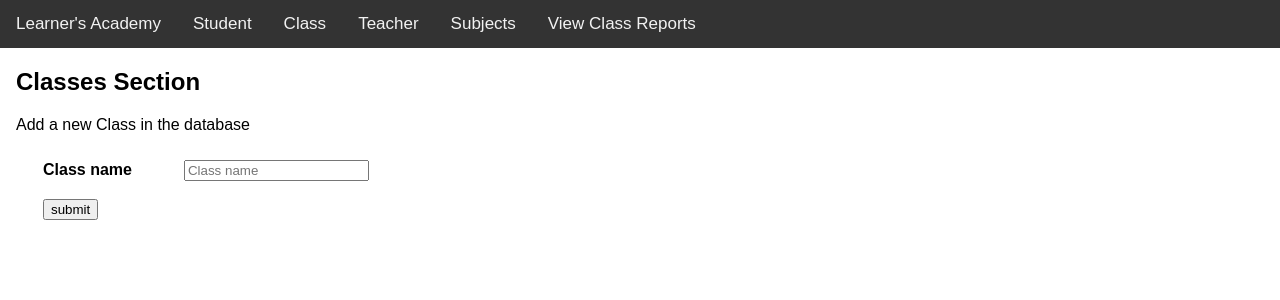
Repository: chirag627/Phase-2-Project
Page: http://localhost/Academy/web/subject/subject_add.jsp
The author's editor kept a copy of each file at every save. The page is drawn from the files as they stood at one save, then again after the next save.
The browser window is 1280 px wide. The pictures show the whole page.
The page is served by Tomcat 9. Other server files are loaded and not shown.

Above is the page before, as saved 2022-08-15 10:01:11.

### Academy/src/main/webapp/web/subject/subject_add.jsp
<%@ taglib prefix="c" uri="http://java.sun.com/jsp/jstl/core"%>
<!DOCTYPE html>
<html>
<head>
<meta charset="ISO-8859-1">
<title>Add new class</title>
</head>
<style>
td, th {
	padding-left: 25px;
	padding-right: 25px;
	padding-top: 8px;
	padding-bottom: 8px;
}

body {
	margin: 0;
	font-family: Arial, Helvetica, sans-serif;
}

.topnav {
	overflow: hidden;
	background-color: #333;
}

.topnav a {
	float: left;
	color: #f2f2f2;
	text-align: center;
	padding: 14px 16px;
	text-decoration: none;
	font-size: 17px;
}

ul li a {
	color: black;
}
</style>
<body>
	<div class="topnav">
		<a>Learner's Academy</a> <a
			href="./AcademyStudentServlet?action=doRead">Student</a> <a
			href="classAction.html">Class</a> <a
			href="./AcademyTeacherServlet?action=doRead">Teacher</a> <a
			href="subAction.html">Subjects</a> <a href="viewClassReports.html">View
			Class Reports</a>
	</div>

	<div style="padding-left: 16px">
		<h2>Classes Section</h2>
		<p>Add a new Class in the database</p>
	</div>

	<div style="padding-left: 16px">
		<%
		if (request.getParameter("n") != null) {
			out.println("<h4 style=\"color:red\">" + request.getParameter("n") + "</h4>");
		}
		%>
		<form action="../../AcademyClassServlet?action=doWrite" method="get">
			<input type="hidden" name="action" value="doWrite">
			<table>
				<tr>
					<th>Class name</th>
					<th><input type="text" name="class_name"
						placeholder="Class name"></th>
				</tr>

				<tr>
					<td><input type="submit" name="submit" value="submit"></td>
				</tr>
			</table>
		</form>

	</div>
</body>
</html>

After the next save:
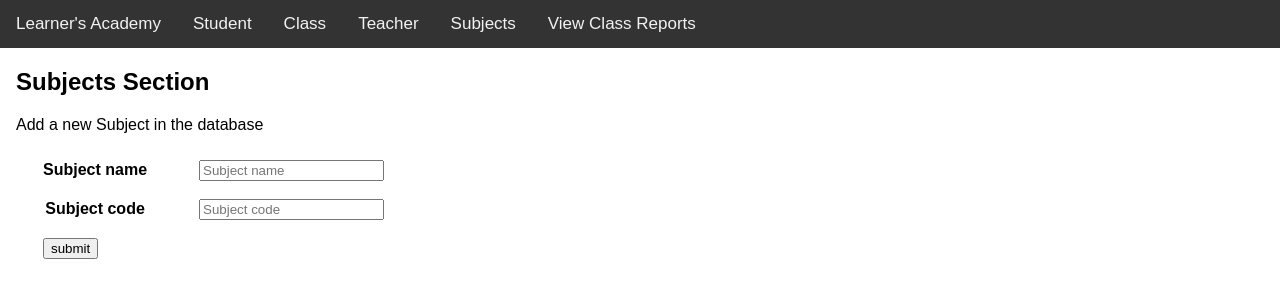
Saved 4 min 37 s later.
--- a/Academy/src/main/webapp/web/subject/subject_add.jsp
+++ b/Academy/src/main/webapp/web/subject/subject_add.jsp
@@ -3,7 +3,7 @@
 <html>
 <head>
 <meta charset="ISO-8859-1">
-<title>Add new class</title>
+<title>Add new subject</title>
 </head>
 <style>
 td, th {
@@ -47,8 +47,8 @@ ul li a {
 	</div>
 
 	<div style="padding-left: 16px">
-		<h2>Classes Section</h2>
-		<p>Add a new Class in the database</p>
+		<h2>Subjects Section</h2>
+		<p>Add a new Subject in the database</p>
 	</div>
 
 	<div style="padding-left: 16px">
@@ -57,13 +57,19 @@ ul li a {
 			out.println("<h4 style=\"color:red\">" + request.getParameter("n") + "</h4>");
 		}
 		%>
-		<form action="../../AcademyClassServlet?action=doWrite" method="get">
+		<form action="../../AcademySubjectervlet?action=doWrite" method="get">
 			<input type="hidden" name="action" value="doWrite">
 			<table>
 				<tr>
-					<th>Class name</th>
-					<th><input type="text" name="class_name"
-						placeholder="Class name"></th>
+					<th>Subject name</th>
+					<th><input type="text" name="subject_name"
+						placeholder="Subject name"></th>
+				</tr>
+
+				<tr>
+					<th>Subject code</th>
+					<th><input type="text" name="subject_code"
+						placeholder="Subject code"></th>
 				</tr>
 
 				<tr>
